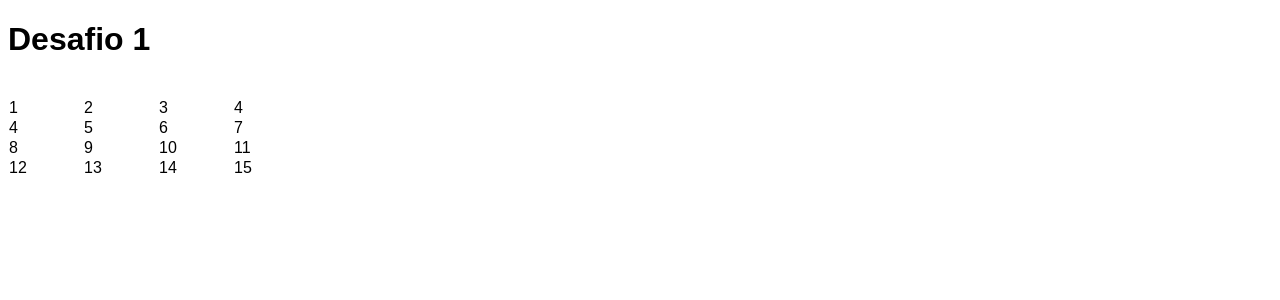
Repository: railsondev/html-css
Page: Módulo3/Desafio/D02 - tabela A/tabelaa.html
These files come from the project's save history. The page is drawn as it stood at one moment and after the next save; the edit follows.
The browser window is 1280 px wide. The pictures show the whole page.

Above is the page before, as saved 2024-10-19 21:59:45.

### Módulo3/Desafio/D02 - tabela A/tabelaa.html
<!DOCTYPE html>
<html lang="pt-br">
<head>
  <meta charset="UTF-8">
  <meta name="viewport" content="width=device-width, initial-scale=1.0">
  <title>Desafio tabelas</title>
  <link rel="stylesheet" href="style.css">
</head>
<body>
  <h1>Desafio 1</h1>
  <br>
  <table>
      <tr>
        <td>1</td>
        <td>2</td>
        <td>3</td>
        <td>4</td>
      </tr>
      <tr>
        <td>4</td>
        <td>5</td>
        <td>6</td>
        <td>7</td>
      </tr>
      <tr>
        <td>8</td>
        <td>9</td>
        <td>10</td>
        <td>11</td>
      </tr>
      <tr>
        <td>12</td>
        <td>13</td>
        <td>14</td>
        <td>15</td>
      </tr>
  </table>
</body>
</html>

### Módulo3/Desafio/D02 - tabela A/style.css
@charset 'UTF-8';

body {
  font-family: Arial, Helvetica, sans-serif;
}

table {
  width: 300px;
  border-collapse: collapse;
}

td {
  border: 1px s;
}

After the next save:
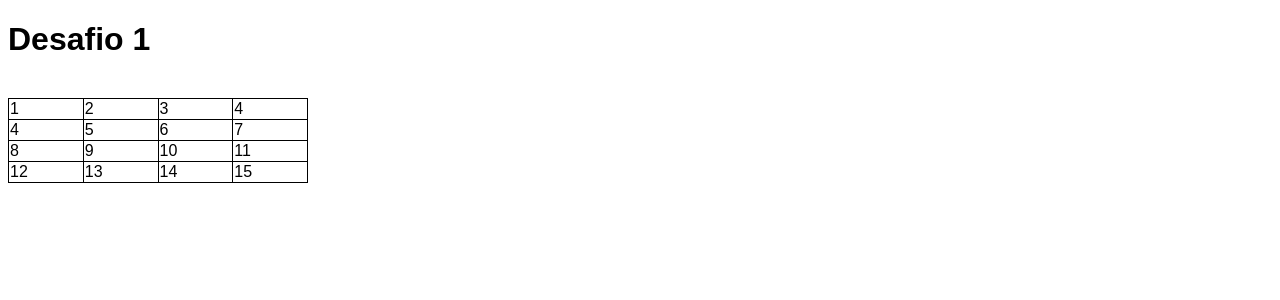
Saved 5 s later.
--- a/Módulo3/Desafio/D02 - tabela A/style.css
+++ b/Módulo3/Desafio/D02 - tabela A/style.css
@@ -10,5 +10,5 @@ table {
 }
 
 td {
-  border: 1px s;
+  border: 1px solid black;
 }
